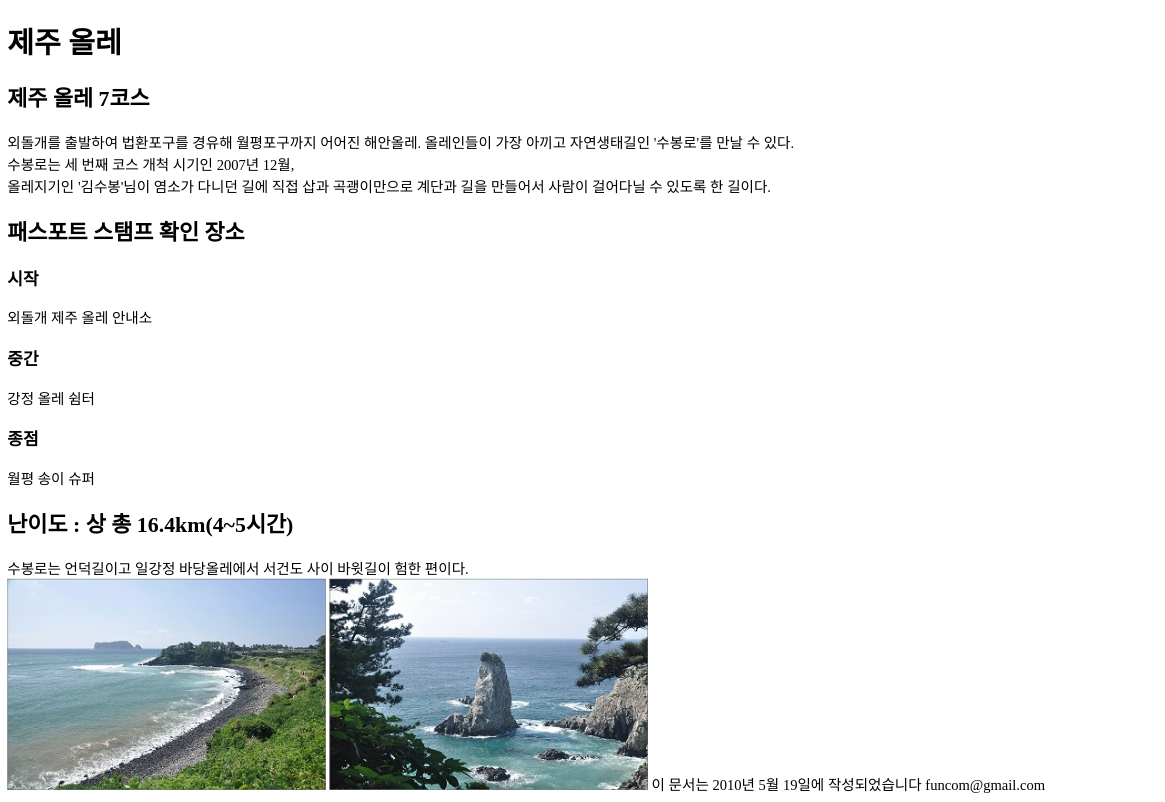
Repository: angelSuho/KCC_Learning_Repo
Page: Html/WebContent/sample02.html
These files come from the project's save history. The page is drawn as it stood at one moment and after the next save; the edit follows.
The browser window is 1280 px wide. The pictures show the whole page, at 91% of full size.

Above is the page before, as saved 2024-07-08 07:16:03.

After the next save:
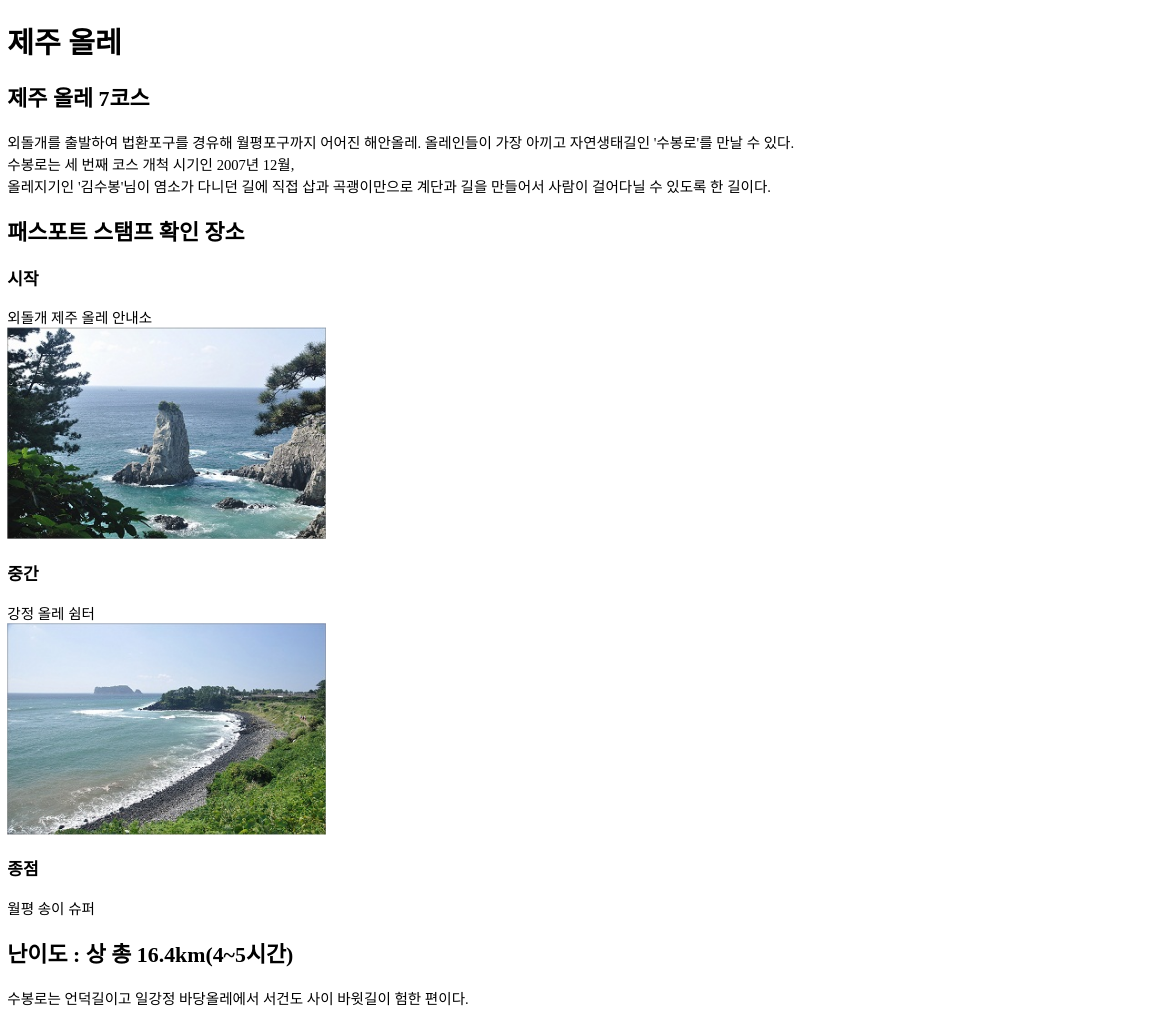
Saved 119 s later.
--- a/Html/WebContent/sample02.html
+++ b/Html/WebContent/sample02.html
@@ -22,24 +22,26 @@
 				<h3>시작</h3>
 			</header>
 			<div>외돌개 제주 올레 안내소</div>
+			<img src="images/road2.jpg">
 			<header>
 				<h3>중간</h3>
 			</header>
 			<div>강정 올레 쉼터</div>
+			<img src="images/road1.jpg">
 			<header>
 				<h3>종점</h3>
 			</header>
 			<div>월평 송이 슈퍼</div>
-		<footer>
-		<h2>난이도 : 상 총 16.4km(4~5시간)</h2>
-		<div>수봉로는 언덕길이고 일강정 바당올레에서 서건도 사이 바윗길이 험한 편이다.</div>
-		</footer>
+			<footer>
+			<h2>난이도 : 상 총 16.4km(4~5시간)</h2>
+			<div>수봉로는 언덕길이고 일강정 바당올레에서 서건도 사이 바윗길이 험한 편이다.</div>
+			</footer>
 		</section>
-
-    <img src="images/road1.jpg">
+		<section
 
 
-    <img src="images/road2.jpg">
+
+
 
 
 이 문서는 2010년 5월 19일에 작성되었습니다
